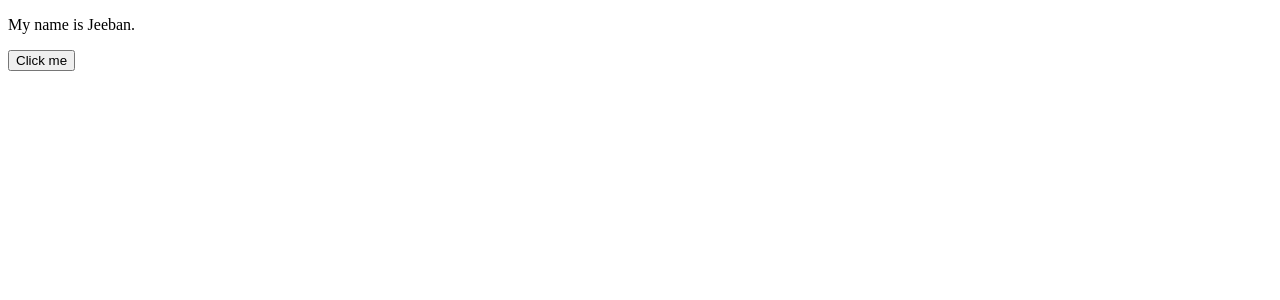
Repository: hellojeeban/Angular_17
Page: / (app in Helloworld/)
An editor plug-in stored every save of this project. The page is shown before and after the next save, followed by the edit.
The browser window is 1280 px wide. The pictures show the whole page.
Some web libraries are served in a nearby version. The project was rebuilt for these pictures with package versions that can differ from the ones it lists, and the page was loaded fresh each time. Also part of the build but not shown: Helloworld/angular.json.

Above is the page before, as saved 2024-09-07 22:33:51.

### Helloworld/src/index.html
<!doctype html>
<html lang="en">
<head>
  <meta charset="utf-8">
  <title>Helloworld</title>
  <base href="/">
  <meta name="viewport" content="width=device-width, initial-scale=1">
  <link rel="icon" type="image/x-icon" href="favicon.ico">
  <link rel="stylesheet" href="">
</head>
<body>
  <app-root></app-root>
</body>
</html>

### Helloworld/src/app/app.component.ts
import { Component } from '@angular/core';
import { RouterOutlet } from '@angular/router';
import{HomeComponent} from'./home/home.component';

@Component({
  selector: 'app-root',
  standalone: true,
  imports: [RouterOutlet, HomeComponent],
  templateUrl: './app.component.html',
  styleUrl: './app.component.css'
})
export class AppComponent {
  title = 'Helloworld';
}

### Helloworld/src/app/home/home.component.html
<p>My name is Jeeban.</p>
<button class="btn btn-primary">Click me</button>

Loaded but not shown: Helloworld/src/styles.css (common file); Helloworld/src/main.ts (common file); Helloworld/src/app/app.config.ts (common file); Helloworld/src/app/app.routes.ts (common file); Helloworld/src/app/app.component.html (common file); Helloworld/src/app/home/home.component.ts (common file); Helloworld/src/app/app.component.css (no stored copy; drawn as an empty file); Helloworld/src/app/home/home.component.css (no stored copy; drawn as an empty file)

After the next save:
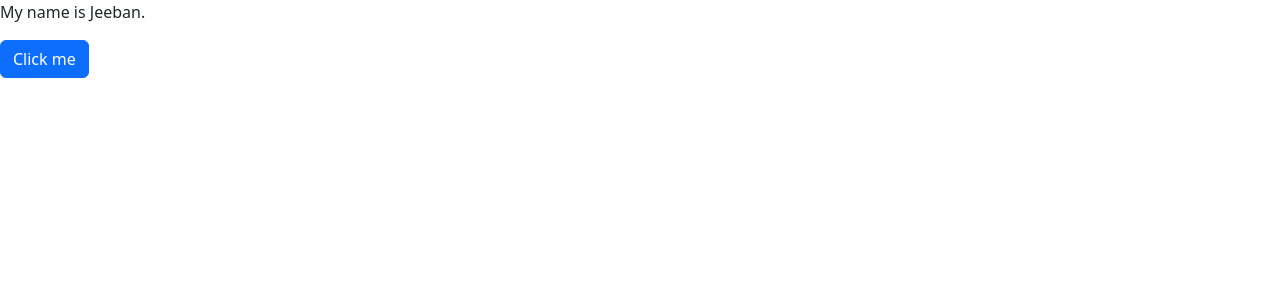
Saved 33 s later.
--- a/Helloworld/src/index.html
+++ b/Helloworld/src/index.html
@@ -6,7 +6,8 @@
   <base href="/">
   <meta name="viewport" content="width=device-width, initial-scale=1">
   <link rel="icon" type="image/x-icon" href="favicon.ico">
-  <link rel="stylesheet" href="">
+  <link rel="stylesheet" href="node_modules/bootstrap/dist/css/bootstrap.min.css"
+  ">
 </head>
 <body>
   <app-root></app-root>
